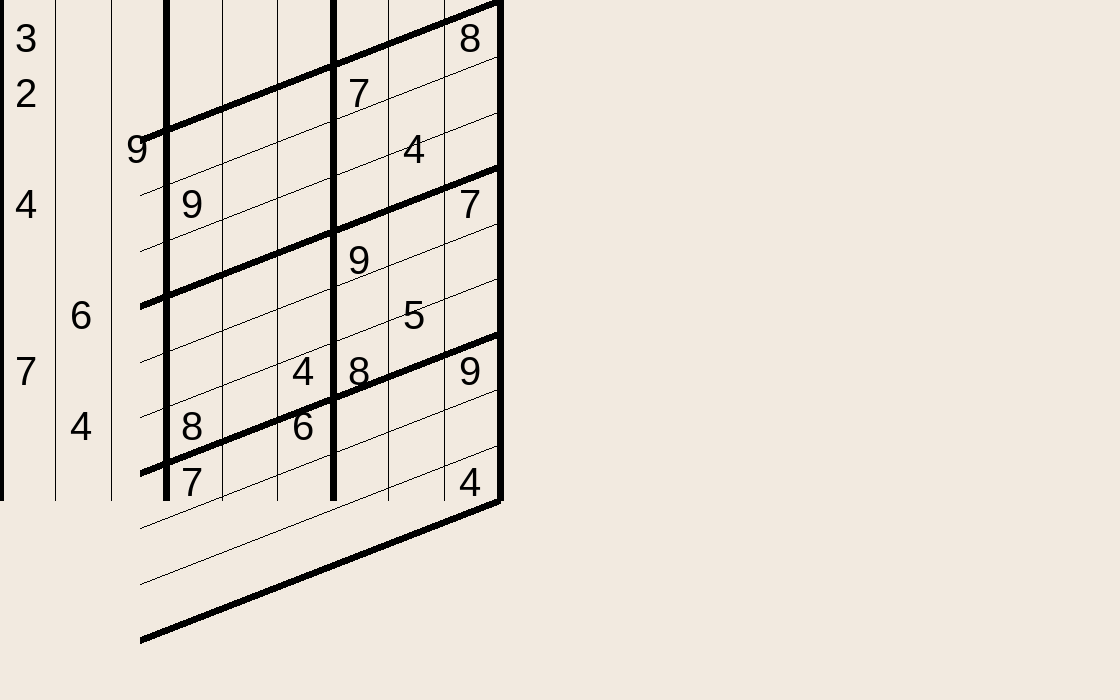
Repository: JensVL96/Puzzle-solver-for-fun
Script's output: python sudoku.py
An editor plug-in stored every save of this project. The script's output is shown before and after the next save, followed by the edit.
The window is shown after at most 60 frames with no key pressed. A system font it names is replaced by a similar one. Random numbers start from a fixed seed.

Above is the script's output before, as saved 2020-10-30 01:27:33.

### sudoku.py
# -*- coding: utf-8 -*-
from __future__ import print_function
import pygame as pg
from random import sample
from config import *
from string import *
import numpy as np

dif = BOX_SIZE / 9
def get_cord(pos):
    global x
    x = pos[0]//dif
    global y
    y = pos[1]//dif

class create_board():
    def __init__(self):
        self.base  = 3  # Will generate any size of random sudoku board in O(n^2) time
        self.side  = self.base * self.base
        self.nums  = sample(range(1, self.side + 1), self.side) # random numbers
        self.board = [[self.nums[(self.base * (r%self.base) + r//self.base + c)%self.side] for c in range(self.side) ] for r in range(self.side)]
        rows  = [ r for g in sample(range(self.base),self.base) for r in sample(range(g * self.base,(g + 1) * self.base), self.base) ]
        cols  = [ c for g in sample(range(self.base),self.base) for c in sample(range(g * self.base,(g + 1) * self.base), self.base) ]
        self.board = [[self.board[r][c] for c in cols] for r in rows]

        # print("\nInput:")
        # for line in self.board: print(line)

        squares = self.side * self.side
        empties = squares * 3//4
        for p in sample(range(squares),empties):
            self.board[p//self.side][p%self.side] = 0

        self.lines()

    def expandLine(self, line):
        return line[0]+line[5:9].join([line[1:5]*(self.base-1)]*self.base)+line[9:13]

    def lines(self):
        self.line0  = self.expandLine("╔═══╤═══╦═══╗")
        self.line1  = self.expandLine("║ . │ . ║ . ║")
        self.line2  = self.expandLine("╟───┼───╫───╢")
        self.line3  = self.expandLine("╠═══╪═══╬═══╣")
        self.line4  = self.expandLine("╚═══╧═══╩═══╝")

        self.draw()

    def draw(self):
        symbol = " 1234567890ABCDEFGHIJKLMNOPQRSTUVWXYZ"
        self.nums   = [ [""]+[symbol[n] for n in row] for row in self.board ]
        print(self.line0)
        for r in range(1,self.side+1):
            print( "".join(n+s for n,s in zip(self.nums[r-1],self.line1.split("."))) )
            print([self.line2,self.line3,self.line4][(r%self.side==0)+(r%self.base==0)])

class solve_board():
    def __init__(self, board):
        self.row = []
        self.col = []
        self.cell = []
        self.row_list = []
        self.col_list = []
        self.cell_list = []

        for space in range(9):
            self.col.append([])
            self.cell.append([])

        row_idx = 0
        for line in board:

            self.row.append(line)

            cell_idx = 0
            if row_idx >= 3:
                cell_idx = 3
            if row_idx >= 6:
                cell_idx = 6


            for col_idx in range(9):

                self.col[col_idx].insert(row_idx, line[col_idx])

                if col_idx % 3 == 0:
                    for triple in range(0, 3):
                        self.cell[cell_idx].insert(len(self.cell[row_idx]) + triple, line[col_idx + triple])
                    cell_idx += 1

            self.row_list.append(self.row)
            self.col_list.append(self.col)
            self.cell_list.append(self.cell)
            row_idx += 1

        print("\nrow:")
        for row in self.row_list[0]:
            print(row)
        # print("\ncolumn:")
        # for col in self.col_list[0]:
        #     print(col)
        # print("\ncell:")
        # for cell in self.cell_list[0]:
        #     print(cell)

    def assign_flags(self, board):
        self.flags = []
        row_idx = 0
        cell_idx = 0

        print("\n")
        for line in board:
            cell_idx = 0
            if row_idx >= 3:
                cell_idx = 3
            if row_idx >= 6:
                cell_idx = 6

            for index in range(9):
                # print("position: ", index, "value: ", line[index])

                # print("row", row_idx, "col", index, "cell", cell_idx)
                if (index % 3 == 0 and index != 0):
                    cell_idx += 1

                if line[index] == 0:
                    flag_idx = 0
                    temp_flag = []
                    for value in range(1, 10):
                        # print(value)
                        if self.row_flag(value, row_idx):
                            # print("found in row")
                            pass
                        elif self.col_flag(value, index):
                            # print("found in column")
                            pass
                        elif self.cell_flag(value, cell_idx):
                            # print("found in cell")
                            pass
                        else:
                            temp_flag.append(value)
                            flag_idx += 1
                    print(temp_flag)
                    self.flags.append(temp_flag)
            row_idx += 1

    def check_row(self):
        pass

    def column(self, x):
        pass

    def cell(self, row, col):
        pass

    def row_flag(self, index, row_idx):
        for row in self.row_list[0][row_idx]:
            # print("comparing in row ", row, "with ", index, "row_idx ", row_idx)
            if row == index:
                return 1
        return 0

    def col_flag(self, index, col_idx):
        for col in self.col_list[0][col_idx]:
            # print("comparing in column ", col, "with ", index, "col_idx ", col_idx)
            if col == index:
                return 1
        return 0

    def cell_flag(self, index, cell_idx):
        for cell in self.cell_list[0][cell_idx]:
            # print("comparing in cell ", cell, "with ", index, "cell_idx ", cell_idx)
            if cell == index:
                return 1
        return 0


class Display_board():
    def __init__(self, screen):
        self.screen = screen
        self.font1 = pg.font.SysFont("comicsans", 40)
        self.dif = 500 / 9

    def draw_val(self, val):
        text1 = self.font1.render(str(val), 1, BLACK)
        self.screen.blit(text1, (x * dif + 15, y * dif + 15))

    def on_mouse_press(self, x, y, symbol, modifier):
        pass

    def draw(self, grid):
        for i in range (9):
            for j in range (9):
                if grid[i][j] != 0:

                    text1 = self.font1.render(str(grid[i][j]), 1, BLACK)
                    self.screen.blit(text1, (i * self.dif + 15, j * self.dif + 15))

        for i in range(10):
            if i %3 == 0:
                thick = 7
            else:
                thick = 1
            pg.draw.line(self.screen, BLACK, (140, 140+i * self.dif), (500, i * self.dif), thick)
            pg.draw.line(self.screen, BLACK, (i * self.dif, 0), (i * self.dif, 500), thick)



    def draw_box(self):
        pg.draw.rect(self.screen, BLACK, (  (SCREEN_WIDTH / 2) - (BORDER_SIZE / 2),
                                            (SCREEN_HEIGHT / 2) - (BORDER_SIZE / 2),
                                            BORDER_SIZE,
                                            BORDER_SIZE))
        pg.draw.rect(self.screen, WHITE, (  (SCREEN_WIDTH / 2) - (BOX_SIZE / 2),
                                            (SCREEN_HEIGHT / 2) - (BOX_SIZE / 2),
                                            BOX_SIZE,
                                            BOX_SIZE))

    def update(self, dt):
        pass


class Main():
    def __init__(self):
        self.board = []
        self.run()

    def run(self):
        pg.init()
        self.screen = pg.display.set_mode(SCREEN_RES)
        pg.display.set_caption('Sudoku solver')

        display = Display_board(self.screen)

        flag1 = 0
        val = 0

        self.board = create_board().board
        while 1:
            for event in pg.event.get():
                if event.type == pg.QUIT or (event.type == pg.KEYDOWN and event.key == pg.K_ESCAPE):
                    exit()
                if event.type == pg.MOUSEBUTTONDOWN:
                    flag1 = 1
                    pos = pg.mouse.get_pos()
                if event.type == pg.KEYDOWN:
                    if event.key == pg.K_1:
                        val = 1
                    if event.key == pg.K_2:
                        val = 2
                    if event.key == pg.K_3:
                        val = 3
                    if event.key == pg.K_4:
                        val = 4
                    if event.key == pg.K_5:
                        val = 5
                    if event.key == pg.K_6:
                        val = 6
                    if event.key == pg.K_7:
                        val = 7
                    if event.key == pg.K_8:
                        val = 8
                    if event.key == pg.K_9:
                        val = 9

            if val != 0:
                display.draw_val(val)

                if valid(grid, int(x), int(y), val) == True:
                    grid[int(x)][int(y)] = val
                else:
                    grid[int(x)][int(y)] = 0
                    raise_error2()
                val = 0

            pg.draw.rect(self.screen, BLACK, (0, 0, self.screen.get_width(), self.screen.get_height()))
            self.screen.fill(BEIGE)

            display.draw(self.board)
            # display.draw_box()

            pg.display.update()


        self.solution = solve_board(self.board)

        self.solution.assign_flags(self.board)

if __name__ == '__main__':
    Main()

### config.py


#   Screen info
SCREEN_HEIGHT = 700
SCREEN_WIDTH = int(SCREEN_HEIGHT * 1.6)
SCREEN_RES = (SCREEN_WIDTH, SCREEN_HEIGHT)

#   Colours
BLACK = (0,0,0)
GREY = (50,50,50)
GREEN = (0,255,0)
WHITE = (255,255,255)
BEIGE = (242,234,224)

# Box info
BORDER_SIZE = 420
BOX_SIZE = 410

After the next save:
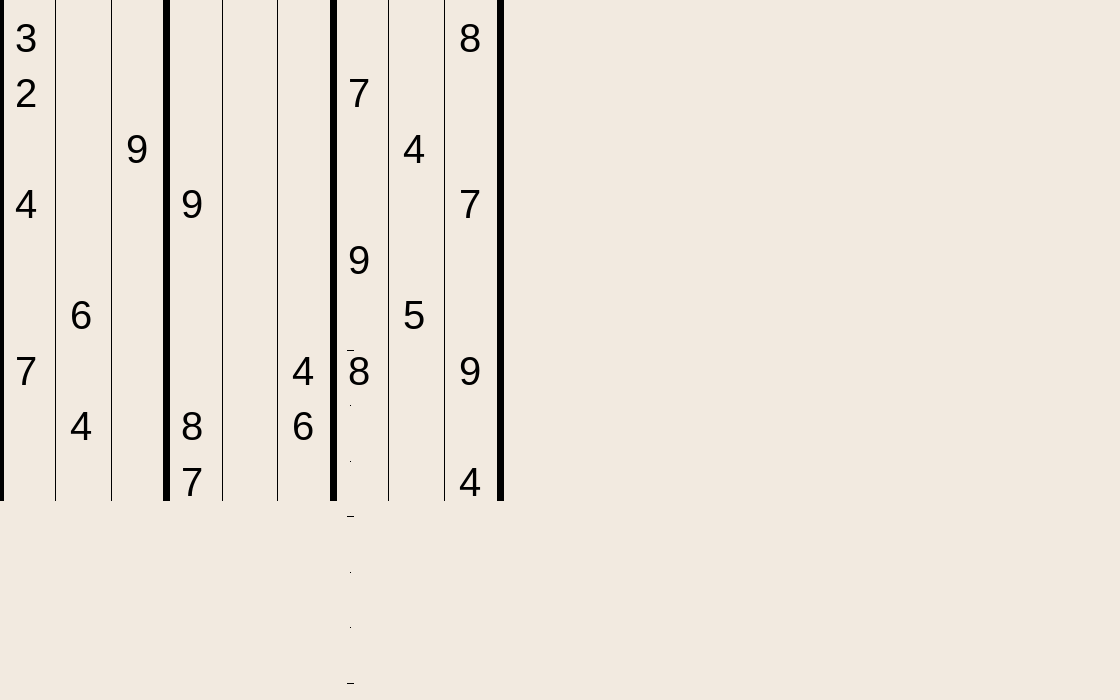
Saved 101 s later.
--- a/sudoku.py
+++ b/sudoku.py
@@ -200,7 +200,10 @@ class Display_board():
                 thick = 7
             else:
                 thick = 1
-            pg.draw.line(self.screen, BLACK, (140, 140+i * self.dif), (500, i * self.dif), thick)
+            pg.draw.line(self.screen, BLACK, ((SCREEN_WIDTH / 2) - (BORDER_SIZE / 2),
+                                            (SCREEN_WIDTH / 2) - (BORDER_SIZE / 2) + i * self.dif),
+                                            ((SCREEN_WIDTH / 2) - (BORDER_SIZE / 2),
+                                            (SCREEN_WIDTH / 2) - (BORDER_SIZE / 2) + i * self.dif), thick)
             pg.draw.line(self.screen, BLACK, (i * self.dif, 0), (i * self.dif, 500), thick)
 
 
